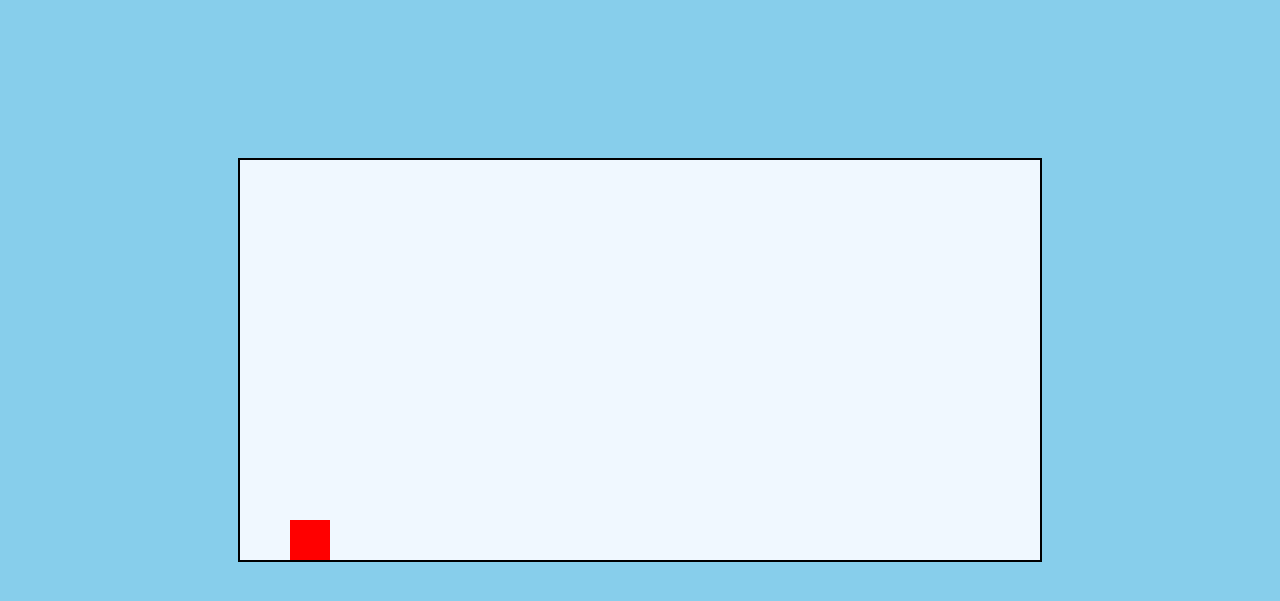
Repository: LeroyM084/jeuHTML
Page: index.html
An editor plug-in stored every save of this project. The page is shown before and after the next save, followed by the edit.
The browser window is 1280 px wide. The pictures show the whole page.

Above is the page before, as saved 2025-02-04 12:53:50.
Console error: ReferenceError: Platform is not defined

After the next save:
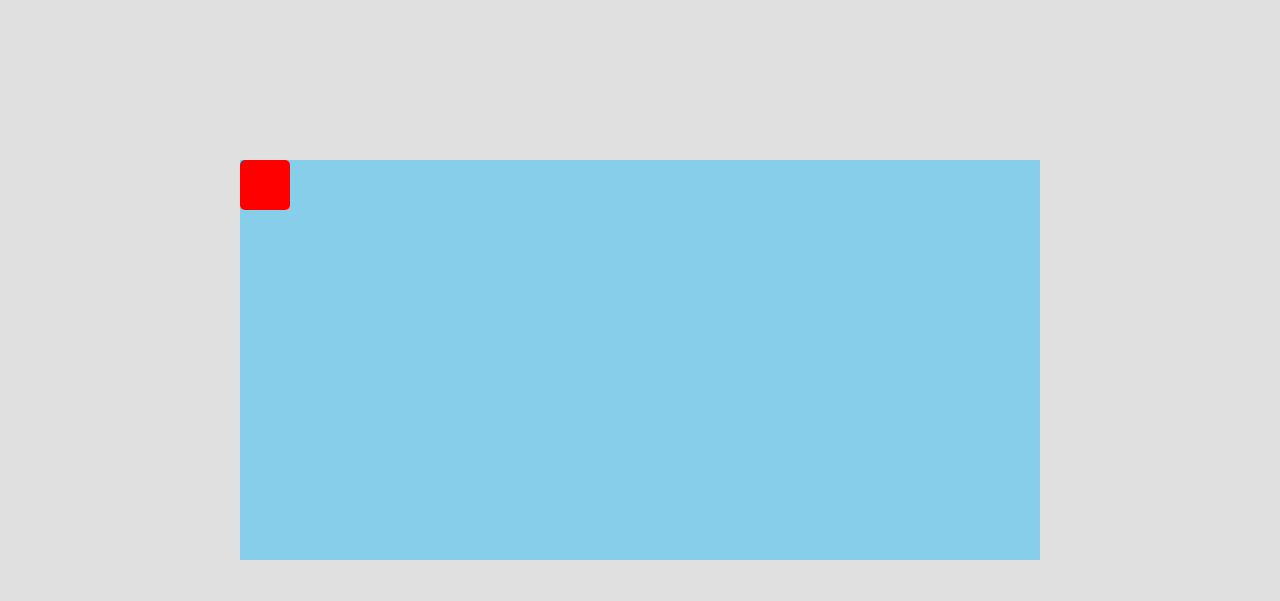
Saved 6 s later.
--- a/style.css
+++ b/style.css
@@ -5,31 +5,21 @@ body {
     justify-content: center;
     align-items: center;
     height: 100vh;
-    background-color: #87CEEB;
+    background-color: #e0e0e0;
   }
 
   #gameContainer {
     position: relative;
     width: 800px;
     height: 400px;
-    background-color: #f0f8ff;
+    background-color: #87CEEB;
     overflow: hidden;
-    border: 2px solid #000;
   }
 
   #player {
     position: absolute;
-    width: 40px;
-    height: 40px;
+    width: 50px;
+    height: 50px;
     background-color: red;
-    bottom: 0;
-    left: 50px;
+    border-radius: 5px;
   }
-
-  #ground {
-    position: absolute;
-    bottom: 0;
-    width: 100%;
-    height: 20px;
-    background-color: green;
-  }
